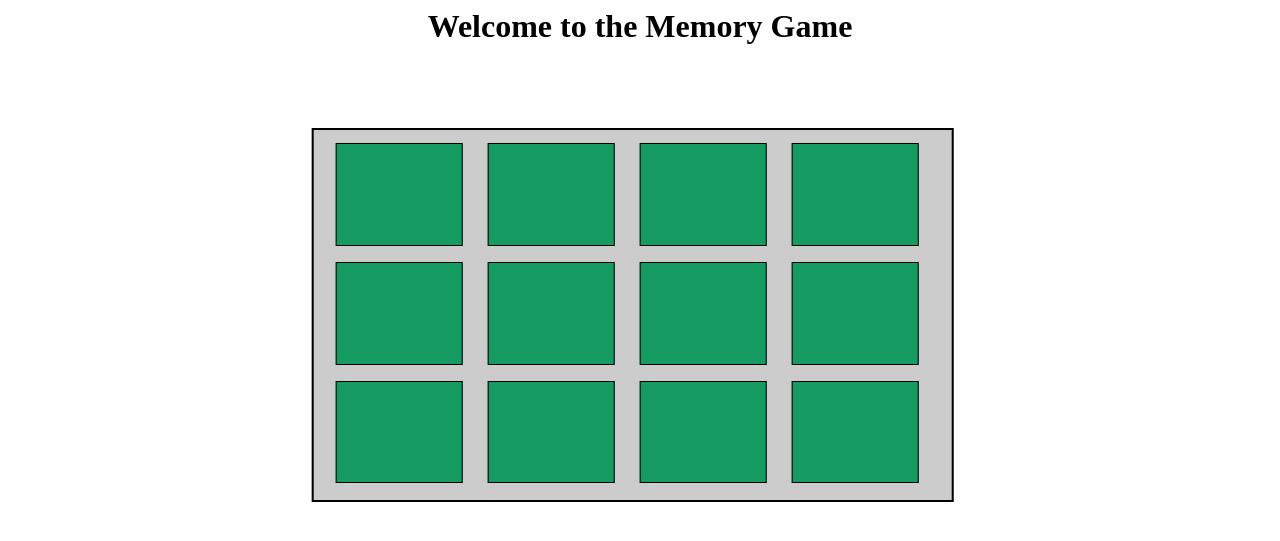
Repository: Code-Institute-Submissions/InteractiveMilestoneProject
Page: index.html
The author's editor kept a record of every edit. The page is drawn from the files as they stood at one moment, then again after the next edit.
The browser window is 1280 px wide. The pictures show the whole page.

Above is the page before.

After the next edit:
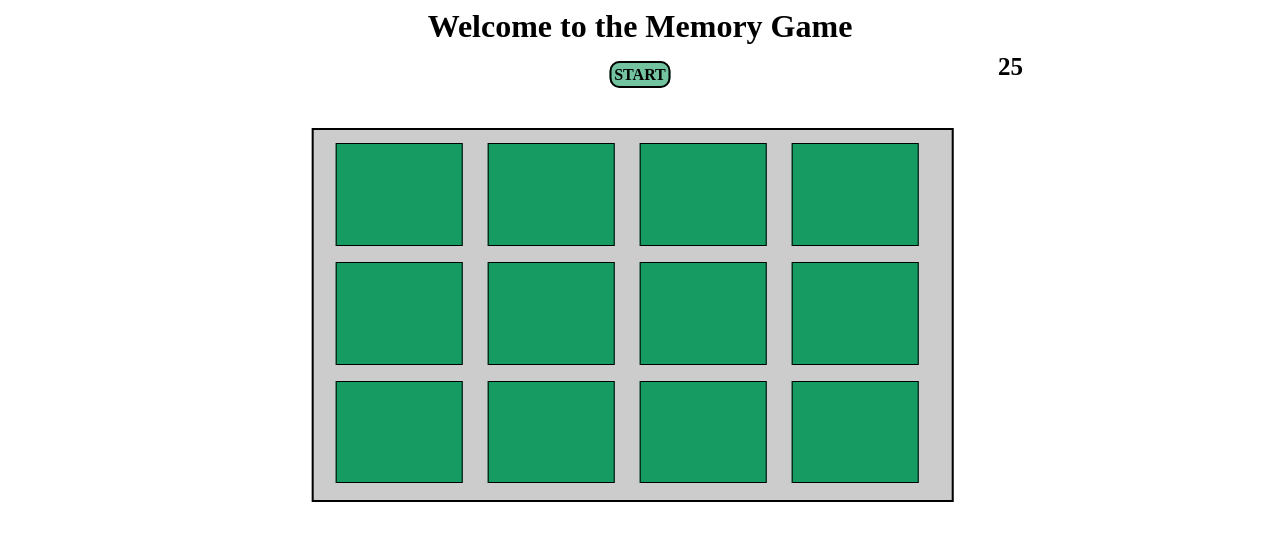
The edit:
--- a/index.html
+++ b/index.html
@@ -13,7 +13,10 @@
 <body>
    <div id="cont">
         <h1>Welcome to the Memory Game</h1>
+        <span id="start">START</span>
+         <div id="borde"></div>
         <div id="table_memoria"></div>
+        <div id="cronometro"><span>25</span></div>
     </div>
 
      <script type="text/javascript" src="https://code.jquery.com/jquery-git.min.js"></script>
